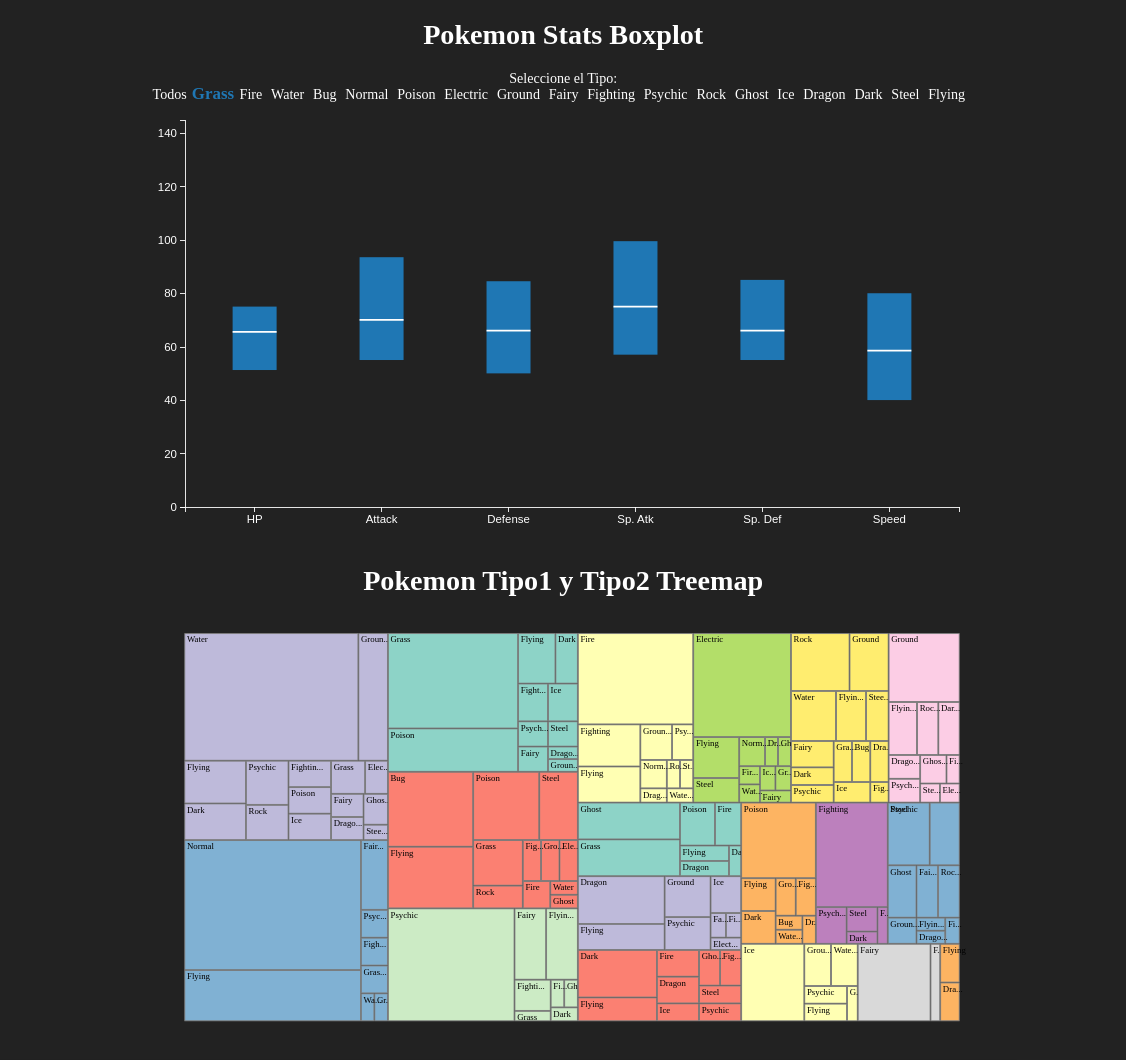
Repository: Cartterr/Proyecto-VisInfo
Page: Propuesta1_Tipos_Cajas.html
The author's editor kept a copy of each file at every save. The page is drawn from the files as they stood at one save, then again after the next save.
The browser window is 1280 px wide. The pictures show the whole page, at 88% of full size.

Above is the page before, as saved 2023-06-28 04:13:39.

### Propuesta1_Tipos_Cajas.html
<!DOCTYPE html>
<html>
<head>
    <meta charset="utf-8">
    <title>Pokemon Stats Boxplot</title>
    <script src="https://d3js.org/d3.v7.min.js"></script>
</head>

<body>
    <h1>Pokemon Stats Boxplot</h1>
    <link rel="stylesheet" href="Propuesta1_Tipos_Cajas.css">
    <div>
        <label for="typeSelect">Seleccione el Tipo:</label>
        <div class="type-list-container">
            <ul class="type-list" id="typeList"></ul>
        </div>
    </div>
    <div id="boxplot"></div>
    <h1>Pokemon Tipo1 y Tipo2 Treemap</h1>
    <div id="treemap"></div>
    <script src="Propuesta1_Tipos_Cajas.js"></script>
</body>
</html>

### Propuesta1_Tipos_Cajas.css
body {
    margin: 0 auto;
    background-color: #222;
    color: white;
    max-width: 80%;
    min-width: 500px;
    text-align: center;
}

.box {
    fill: #1f77b4;
    cursor: pointer;
    position: relative; /* Agregado */
}

.box:hover {
    fill: #456b86;
}

.tooltip {
    position: absolute;
    background-color: #fff;
    border: 1px solid #ccc;
    padding: 10px;
    pointer-events: none;
    opacity: 0;
    transition: opacity 0.3s ease-in-out;
    top: -40px; /* Agregado */
    left: 0; /* Agregado */
    width: 100px; /* Agregado */
    text-align: center; /* Agregado */
}

.box:hover .tooltip {
    opacity: 1;
}

.median {
    stroke: white;
    stroke-width: 2px;
}

.axis text {
    font-size: 13px;
}

.axis line,
.axis path {
    fill: none;
    stroke: white;
    shape-rendering: crispEdges;
}

.type-list-container {
    display: flex;
    justify-content: center;
}

.type-list {
    display: flex;
    white-space: nowrap;
    padding: 0;
    margin: 0;
    list-style-type: none;
}

.type-list li {
    margin-right: 10px;
    transition: transform 0.3s;
}

.type-list li:hover {
    transform: scale(1.1);
}

.type-list li.selected {
    transform: scale(1.2);
    font-weight: bold;
    color: #1f77b4;
}

.type-list-container {
    overflow-y: hidden;
}

.type-list {
    display: flex;
    white-space: nowrap;
    padding: 0;
    margin: 0;
    list-style-type: none;
}

.type-list li {
    margin-right: 10px;
}

text {
    font-size: 10px;
}

### Propuesta1_Tipos_Cajas.js


let selectedType = 'Todos';

d3.csv("pokemon.csv").then(data => {
    const types = Array.from(new Set(data.map(d => d["Type 1"])));
    const statNames = ["HP", "Attack", "Defense", "Sp. Atk", "Sp. Def", "Speed"];

    const margin = { top: 20, right: 30, bottom: 40, left: 50 },
        width = 960 - margin.left - margin.right,
        height = 500 - margin.top - margin.bottom;

    const svg = d3.select("#boxplot")
        .append("svg")
        .attr("width", width + margin.left + margin.right)
        .attr("height", height + margin.top + margin.bottom)
        .append("g")
        .attr("transform", `translate(${margin.left},${margin.top})`);

    const x = d3.scaleBand()
        .range([0, width])
        .padding(0.1);

    const y = d3.scaleLinear()
        .range([height, 0]);

    const xAxis = d3.axisBottom(x);
    const yAxis = d3.axisLeft(y);

    svg.append("g")
        .attr("class", "axis x-axis")
        .attr("transform", `translate(0,${height})`)
        .call(xAxis);

    svg.append("g")
        .attr("class", "axis y-axis")
        .call(yAxis);

    const updateBoxPlot = (selectedType) => {
        let typeData;
        if (selectedType === 'Todos') {  // Add this condition
            typeData = data;
        } else {
            typeData = data.filter(d => d["Type 1"] === selectedType);
        }

        const typeStats = statNames.map(stat => typeData.map(d => +d[stat]));

        x.domain(statNames);
        y.domain([0, d3.max(typeStats, d => d3.max(d))]);

        svg.select(".x-axis")
            .call(xAxis);

        svg.select(".y-axis")
            .transition()
            .duration(250)
            .call(yAxis);

        const boxWidth = Math.min(50, x.bandwidth());

        svg.selectAll(".box")
            .data(typeStats)
            .join("rect")
            .transition()
            .duration(450)
            .attr("class", "box")
            .attr("x", (d, i) => x(statNames[i]) + (x.bandwidth() - boxWidth) / 2)
            .attr("width", boxWidth)
            .attr("y", d => y(d3.quantile(d, 0.75)))
            .attr("height", d => y(d3.quantile(d, 0.25)) - y(d3.quantile(d, 0.75)));

        typeList.selectAll("li")
            .classed("selected", d => d === selectedType);

        svg.selectAll(".median")
            .data(typeStats)
            .join("line")
            .transition()
            .duration(450)
            .attr("class", "median")
            .attr("x1", (d, i) => x(statNames[i]) + (x.bandwidth() - boxWidth) / 2)
            .attr("x2", (d, i) => x(statNames[i]) + (x.bandwidth() + boxWidth) / 2)
            .attr("y1", d => y(d3.median(d)))
            .attr("y2", d => y(d3.median(d)));


    };

    const typeList = d3.select("#typeList");
    typeList.selectAll("li")
        .data(['Todos'].concat(types))  // Add 'Todos' to the list
        .enter()
        .append("li")
        .text(d => d)
        .on("click", function () {
            let clickedType = d3.select(this).text();

            if (clickedType === selectedType) {
                selectedType = 'Todos';
            } else {
                selectedType = clickedType;
            }

            svgTreemap.selectAll("rect")
                .attr("opacity", d => d.parent.data.name === selectedType || selectedType === 'Todos' ? 1 : 0.3);

            updateBoxPlot(selectedType);
        });


    // Initialize with the first type
    updateBoxPlot(types[0]);

    // Add an id for each Pokemon (needed to compute hierarchy)
    data.forEach((d, i) => d.id = i);


   //TREEMAP
    const color = d3.scaleOrdinal()
    .domain(types)
    .range(d3.schemeSet3);

    // Group the data by Type 1 and Type 2
    let groupedData = d3.group(data, d => d["Type 1"], d => d["Type 2"]);

    // Convert the grouped data into a hierarchical structure
    let hierarchyData = { name: "root", children: [] };
    for (let [type1, values1] of groupedData) {
        let type1Node = { name: type1, children: [] };
        for (let [type2, values2] of values1) {
            type1Node.children.push({ name: type2, value: values2.length });
        }
        hierarchyData.children.push(type1Node);
    }


    // Building the treemap
    const root = d3.hierarchy(hierarchyData)
        .sum(d => d.value)
        .sort((a, b) => b.value - a.value);

    d3.treemap()
        .size([width, height])
        .paddingInner(1)
        (root);

    const svgTreemap = d3.select("#treemap")
        .append("svg")
        .attr("width", width + margin.left + margin.right)
        .attr("height", height + margin.top + margin.bottom)
        .append("g")
        .attr("transform", `translate(${margin.left},${margin.top})`);

    // Create a parent groups for Type 1
    const groups = svgTreemap.selectAll('g')
        .data(root.children)
        .enter()
        .append('g');

    let selectedTypeNode = null;

    // Create a subgroup for each leaf under Type 1 group
    groups.selectAll("rect")
        .data(d => d.leaves())
        .enter()
        .append("rect")
        .attr("x", d => d.x0)
        .attr("y", d => d.y0)
        .attr("width", d => d.x1 - d.x0)
        .attr("height", d => d.y1 - d.y0)
        .attr("fill", d => color(d.parent.data.name)) // color according to Type 1
        .attr("stroke", "grey")
        .attr("opacity", 1)
        .on("click", function(event, d) {
            svgTreemap.selectAll("rect")
                .attr("opacity", 0.3); // reduce opacity for all rectangles

            if (selectedTypeNode) {

                selectedTypeNode.selectAll("rect")
                    .attr("opacity", 0.3); // reset opacity for previously selected group
            }

            if (selectedTypeNode === d3.select(this.parentNode)) {
                selectedTypeNode = null;
            } else {
                selectedTypeNode = d3.select(this.parentNode);

                selectedTypeNode.selectAll("rect")
                    .attr("opacity", 1); // set full opacity for selected group
            }

            const type = d.parent.data.name; // Type 1
            selectedType = selectedType === type ? 'Todos' : type;

            svgTreemap.selectAll("rect")
                .attr("opacity", d => selectedType === 'Todos' || d.parent.data.name === selectedType ? 1 : 0.3);


            typeList.selectAll("li")
                .classed("selected", d => d === selectedType);

            updateBoxPlot(selectedType);
        });

    // Add labels for Type 2 and Type 1
    groups.selectAll("text.type2")
        .data(d => d.leaves())
        .enter()
        .append("text")
        .attr("class", "type2")
        .attr("x", d => d.x0 + 2.5)
        .attr("y", d => d.y0 + 10)
        .text(d => d.data.name.length * 6 < (d.x1 - d.x0) ? d.data.name : `${d.data.name.slice(0, (d.x1 - d.x0) / 6)}...`) // Truncate text if it doesn't fit

        .append("title")  // Tooltip to show full name on hover
        .text(d => d.data.name);

    groups.append("text")
        .attr("class", "type1")
        .attr("x", d => d.x0 + 2.5)
        .attr("y", d => d.y0 + 10)
        .text(d => d.data.name) // show Type 1
        .append("title")  // Tooltip to show full name on hover
        .text(d => d.data.name);
});

After the next save:
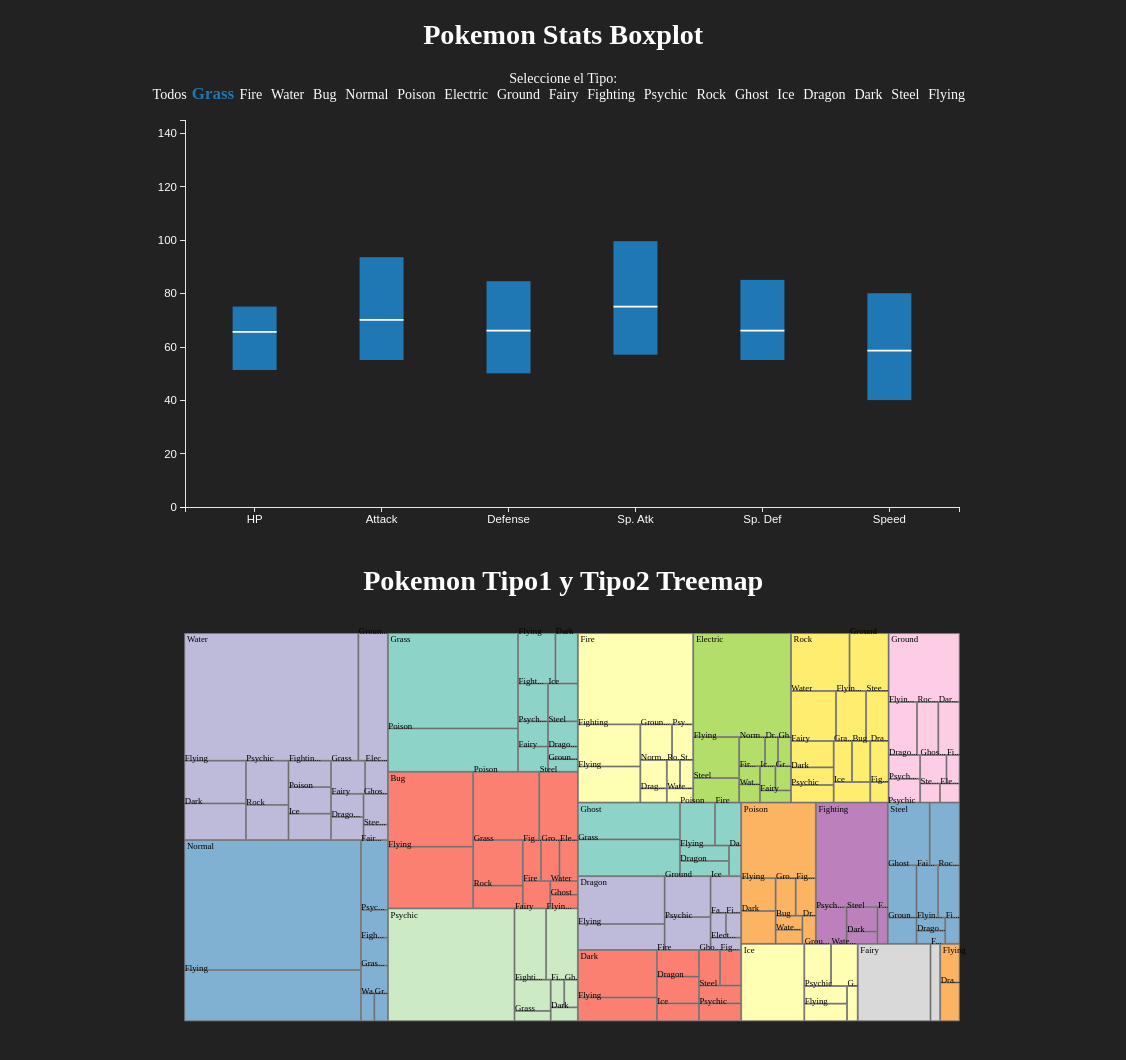
Saved 31 s later.
--- a/Propuesta1_Tipos_Cajas.js
+++ b/Propuesta1_Tipos_Cajas.js
@@ -210,8 +210,8 @@
         .enter()
         .append("text")
         .attr("class", "type2")
-        .attr("x", d => d.x0 + 2.5)
-        .attr("y", d => d.y0 + 10)
+        .attr("x", d => d.x0 )
+        .attr("y", d => d.y0 )
         .text(d => d.data.name.length * 6 < (d.x1 - d.x0) ? d.data.name : `${d.data.name.slice(0, (d.x1 - d.x0) / 6)}...`) // Truncate text if it doesn't fit
 
         .append("title")  // Tooltip to show full name on hover

After the save that followed:
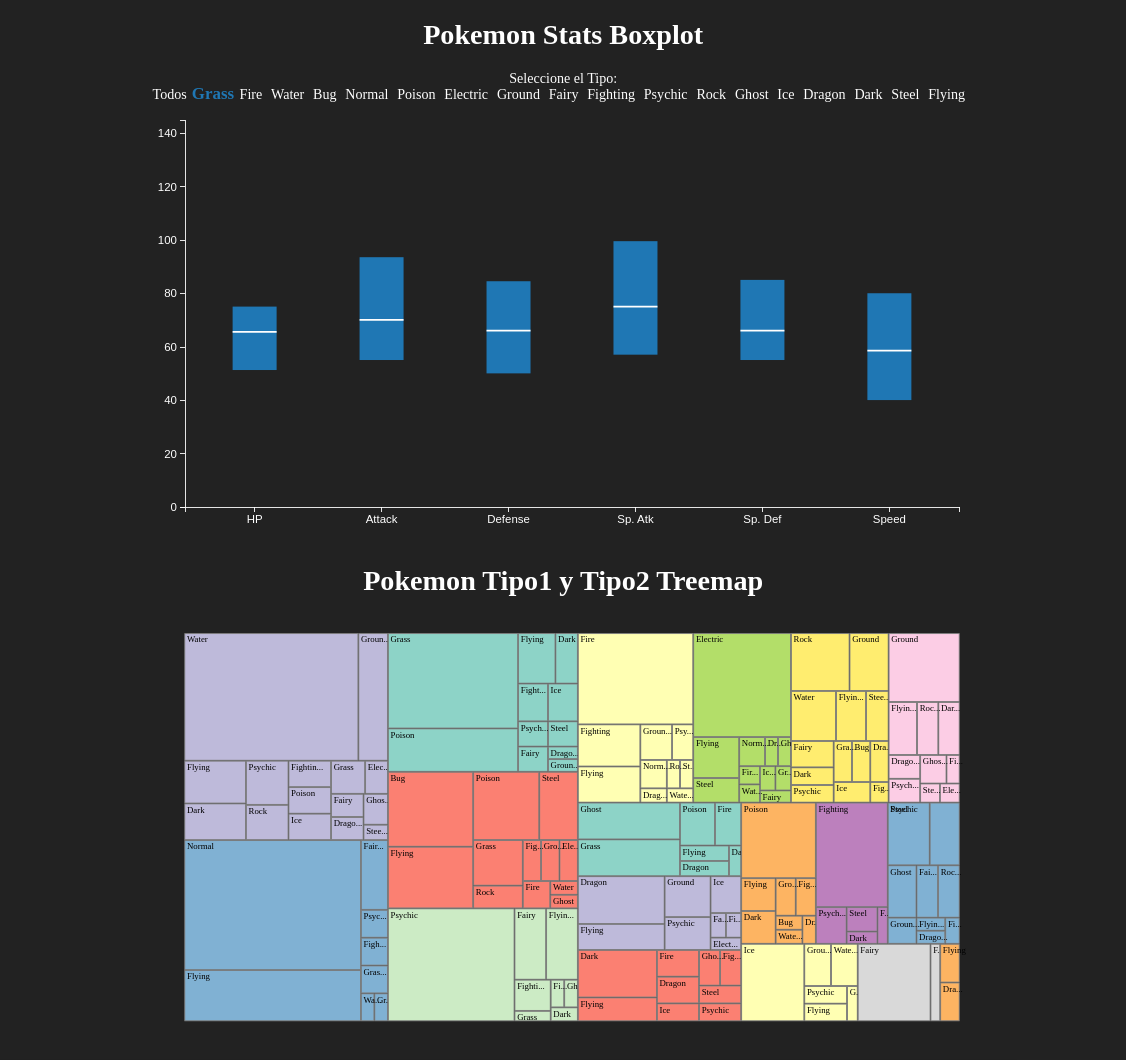
Saved 13 s later.
--- a/Propuesta1_Tipos_Cajas.js
+++ b/Propuesta1_Tipos_Cajas.js
@@ -210,8 +210,8 @@
         .enter()
         .append("text")
         .attr("class", "type2")
-        .attr("x", d => d.x0 )
-        .attr("y", d => d.y0 )
+        .attr("x", d => d.x0 + 2.5)
+        .attr("y", d => d.y0 + 10)
         .text(d => d.data.name.length * 6 < (d.x1 - d.x0) ? d.data.name : `${d.data.name.slice(0, (d.x1 - d.x0) / 6)}...`) // Truncate text if it doesn't fit
 
         .append("title")  // Tooltip to show full name on hover
